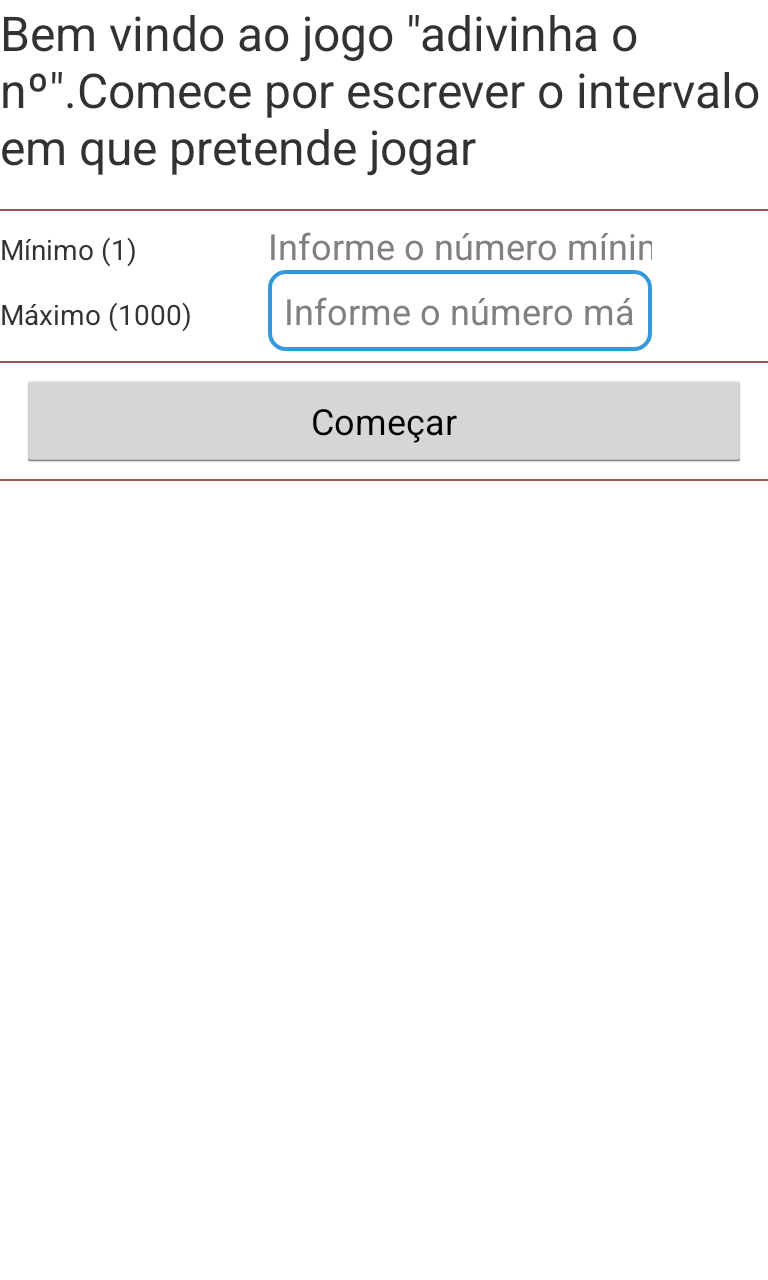
Repository: gokugohan/ddm
Layout: JogoDeAdivinha/res/layout/activity_inicial.xml
An editor plug-in stored every save of this project. The layout is shown before and after the next save, followed by the edit.
It is drawn on a 768 x 1280 px phone screen (xhdpi) without system bars, with theme AppTheme; the app's code is not run.

Above is the layout before, as saved 2014-11-11 21:19:06.

### JogoDeAdivinha/res/layout/activity_inicial.xml
<LinearLayout xmlns:android="http://schemas.android.com/apk/res/android"
    xmlns:tools="http://schemas.android.com/tools"
    android:layout_width="match_parent"
    android:layout_height="match_parent"
    android:orientation="vertical" >

    <TextView
        android:id="@+id/id_tv_intro"
        android:layout_gravity="center"

        android:layout_width="wrap_content"
        android:layout_height="wrap_content"
        android:text="@string/str_info_jogo"
        android:textSize="24sp"
        />

     <View android:layout_width="match_parent"
       android:layout_marginTop="15dp"
       android:layout_marginBottom="5dp"
       android:layout_height="1dp"
       android:background="#ff975754"/>

    <LinearLayout
        android:layout_width="match_parent"
        android:layout_height="wrap_content"
        android:orientation="horizontal"
        android:weightSum="2" >

        <TextView android:layout_width="0dp"
            android:layout_height="wrap_content"
            android:layout_weight="0.7"
            android:textSize="14sp"
            android:text="@string/str_min"/>

        <EditText
            android:id="@+id/id_et_min"
            android:layout_width="0dp"
            android:layout_weight="1"
            android:layout_height="wrap_content"
			android:background="@drawable/"
            android:hint="@string/str_info_min"
            android:inputType="number" />
    </LinearLayout>


   <LinearLayout
        android:layout_width="match_parent"
        android:layout_height="wrap_content"
        android:orientation="horizontal"
        android:weightSum="2" >

        <TextView android:layout_width="0dp"
            android:layout_height="wrap_content"
            android:layout_weight="0.7"
            android:textSize="14sp"
            android:text="@string/str_max"/>

        <EditText
            android:id="@+id/id_et_max"
            android:layout_width="0dp"
            android:layout_weight="1"
            android:layout_height="wrap_content"
            android:background="@drawable/custom_edittext"
            android:hint="@string/str_info_max"
            android:inputType="number" />
    </LinearLayout>

  <View android:layout_width="match_parent"
       android:layout_marginTop="5dp"
       android:layout_marginBottom="5dp"
       android:layout_height="1dp"
       android:background="#ff975754"/>

   <Button android:id="@+id/id_btn_comecar"
       android:layout_width="match_parent"
       android:layout_height="wrap_content"
       android:layout_marginLeft="10dp"
       android:layout_marginRight="10dp"
       android:text="@string/str_comecar"
       />

   <View android:layout_width="match_parent"
       android:layout_marginTop="5dp"
       android:layout_marginBottom="5dp"
       android:layout_height="1dp"
       android:background="#ff975754"/>

   <TextView android:id="@+id/id_tv_feedback"
       android:layout_width="match_parent"
       android:layout_height="wrap_content"/>

</LinearLayout>

### JogoDeAdivinha/res/values/strings.xml
<?xml version="1.0" encoding="utf-8"?>
<resources>

    <string name="app_name">Jogo de adivinha</string>
    <string name="hello_world">Hello world!</string>
    <string name="action_settings">Settings</string>

    <string name="str_info_jogo">Bem vindo ao jogo \"adivinha o nº\".Comece por escrever o intervalo em que pretende jogar</string>
    <string name="str_info_min">Informe o número mínimo</string>
    <string name="str_info_max">Informe o número máximo</string>
    <string name="str_comecar">Começar</string>
    <string name="str_max">Máximo (1000)</string>
    <string name="str_min">Mínimo (1)</string>
    <string name="numero_da_jogada">Número da jogada</string>
    <string name="str_error_number_format">Aceita só números inteiros</string>
    <string name="jogar">Jogar</string>
    <string name="restart">Restart</string>
</resources>

### JogoDeAdivinha/res/drawable/custom_edittext.xml
<?xml version="1.0" encoding="utf-8"?>
<shape xmlns:android="http://schemas.android.com/apk/res/android" >

    <corners
        android:radius="8dp"
        />

    <stroke android:width="2dp"
        android:color="#3498db"/>

     <padding
        android:bottom="8dp"
        android:left="8dp"
        android:right="8dp"
        android:top="8dp" />
</shape>

Loaded but not shown: JogoDeAdivinha/res/values/styles.xml (common file); JogoDeAdivinha/res/values-v11/styles.xml (common file); JogoDeAdivinha/res/values-v14/styles.xml (common file)

After the next save:
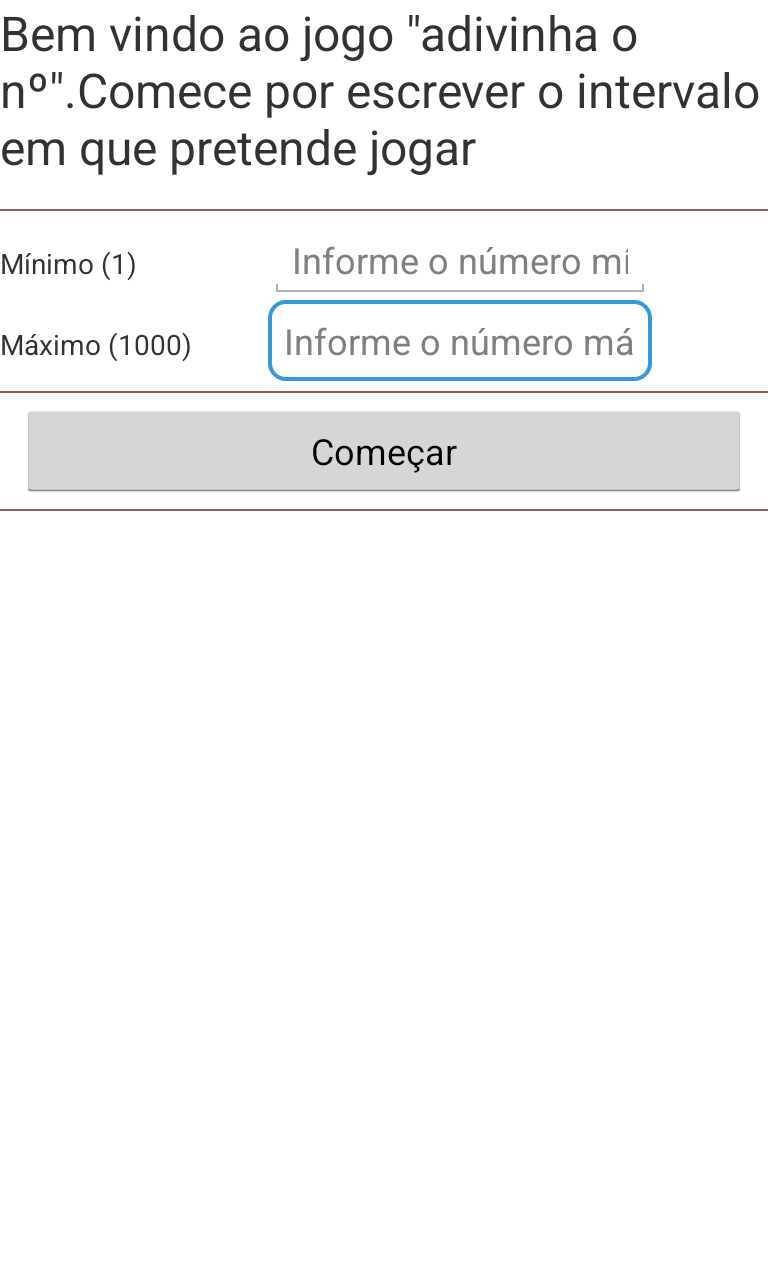
Saved 9 s later.
--- a/JogoDeAdivinha/res/layout/activity_inicial.xml
+++ b/JogoDeAdivinha/res/layout/activity_inicial.xml
@@ -37,7 +37,7 @@
             android:layout_width="0dp"
             android:layout_weight="1"
             android:layout_height="wrap_content"
-			android:background="@drawable/"
+
             android:hint="@string/str_info_min"
             android:inputType="number" />
     </LinearLayout>
